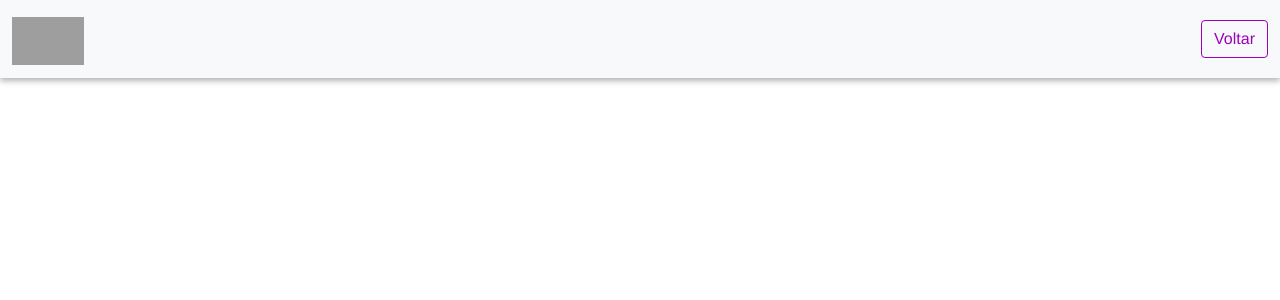
Repository: LuismGil/Countries-list
Page: /about
These files come from the project's save history. The page is drawn as it stood at one moment and after the next save; the edit follows.
The browser window is 1280 px wide. The pictures show the whole page.
Pictures or frames that could not be fetched are drawn as grey boxes. The project was rebuilt for these pictures with package versions that can differ from the ones it lists, and the page was loaded fresh each time.

Above is the page before, as saved 2021-05-22 19:04:14.

After the next save:
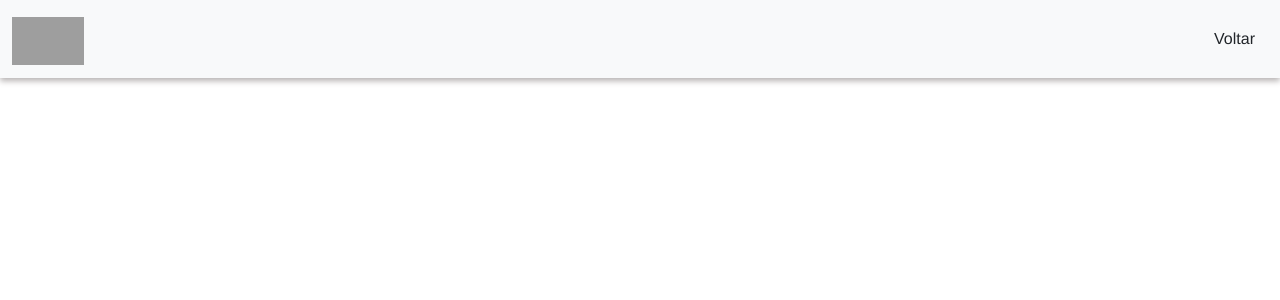
Saved 99 s later.
--- a/src/components/MvButton.vue
+++ b/src/components/MvButton.vue
@@ -1,6 +1,6 @@
 <template>
   <div>
-    <button type="button" class="btn btn-outline btn-color">Voltar</button>
+    <button type="button" class="btn btn-outline primary">Voltar</button>
   </div>
 </template>
 
